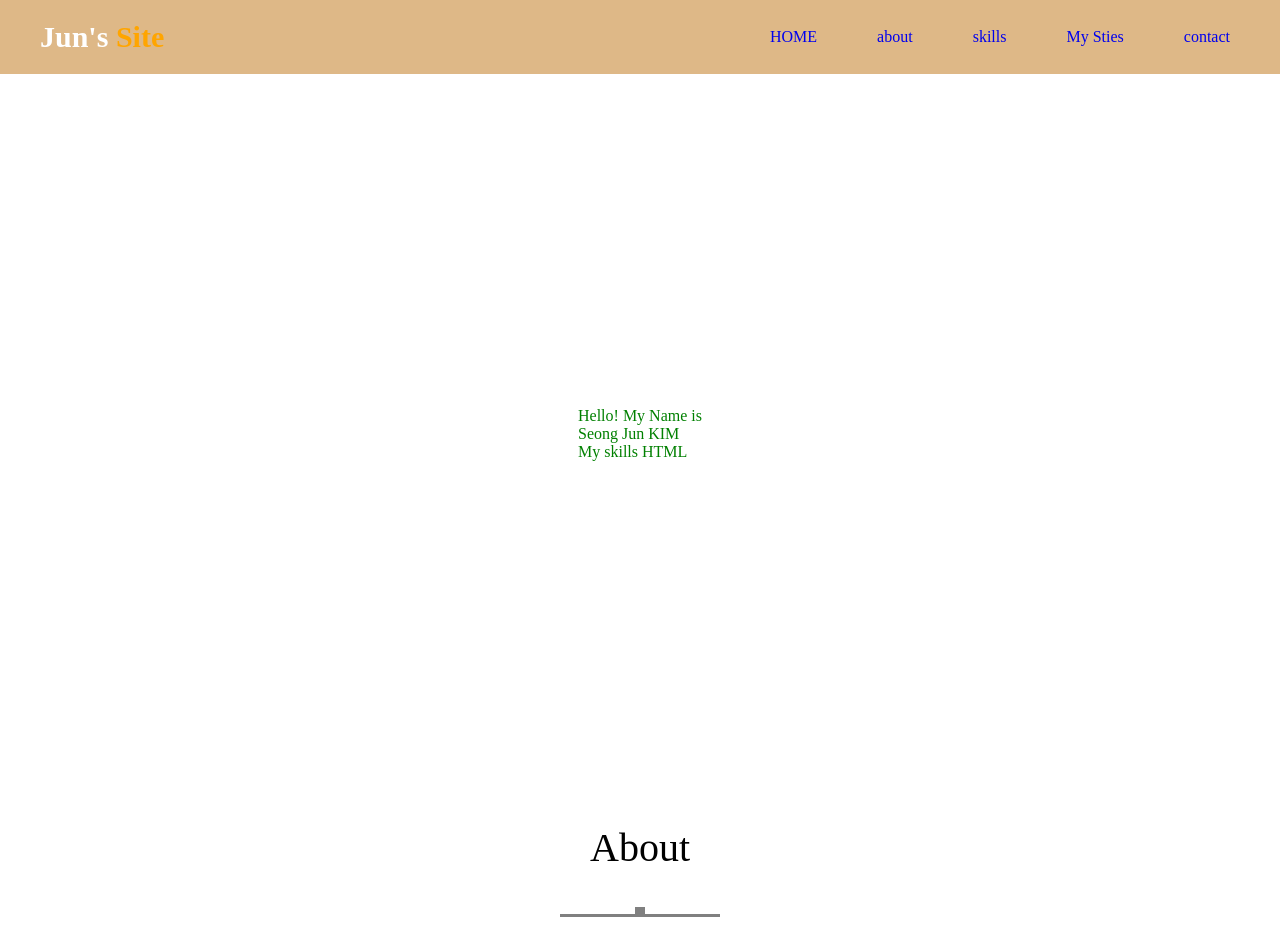
Repository: jun01270/jun
Page: index.html
An editor plug-in stored every save of this project. The page is shown before and after the next save, followed by the edit.
The browser window is 1280 px wide. The pictures show the part of the page from y = 0 to 952 px (the page is 2474 px tall before and 2479 px after).
A picture or video elsewhere on the page could not be fetched, so the positions and the page height are approximate. Some web libraries are served in a nearby version.

Above is the page before, as saved 2023-05-10 10:50:00.

After the next save:
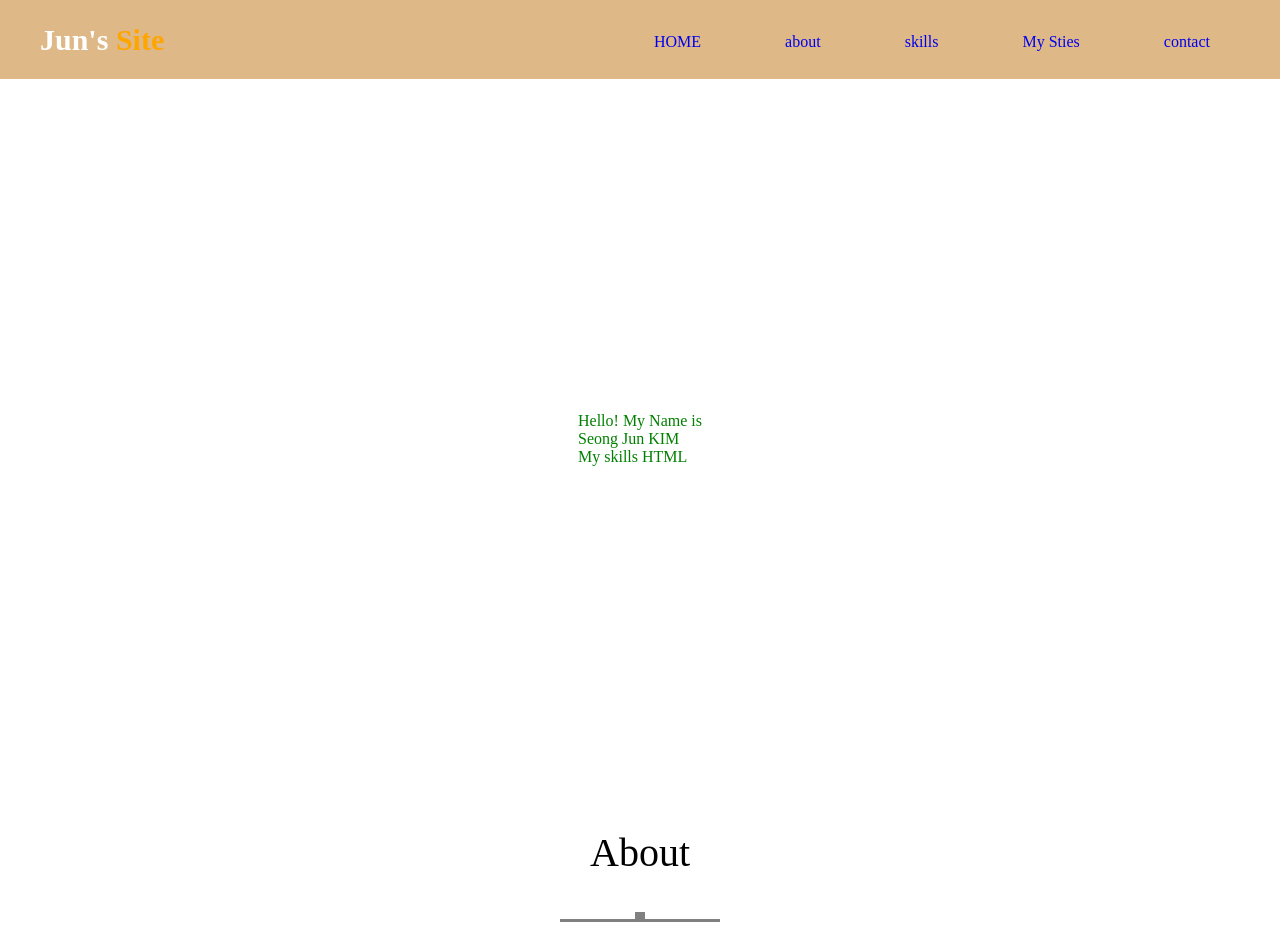
Saved 80 s later.
--- a/css/style.css
+++ b/css/style.css
@@ -103,11 +103,10 @@
   transition: all 0.3s ease;
 }
 
-.menu-bar {
+.navbar .menu-bar li {
   list-style: none;
-  display: flex;
-  margin: 0;
-  padding-left: 0;
+  margin: 5px 20px 0 0;
+  display: inline-block;
 }
 
 .menu-bar li {

After the save that followed:
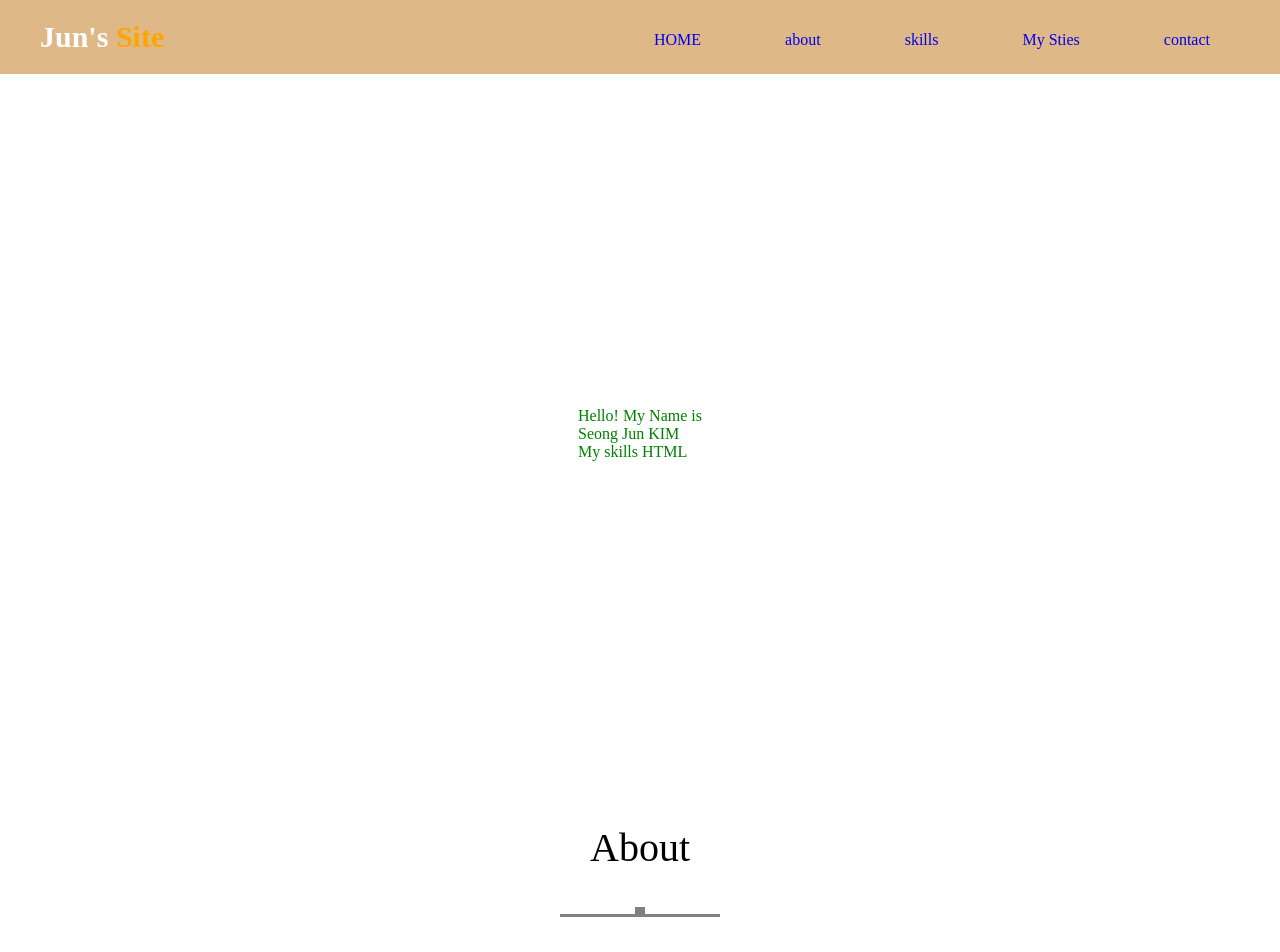
Saved 45 s later.
--- a/css/style.css
+++ b/css/style.css
@@ -109,7 +109,7 @@
   display: inline-block;
 }
 
-.menu-bar li {
+.navbar .menu-bar li a {
   padding: 8px 30px;
 }
 
